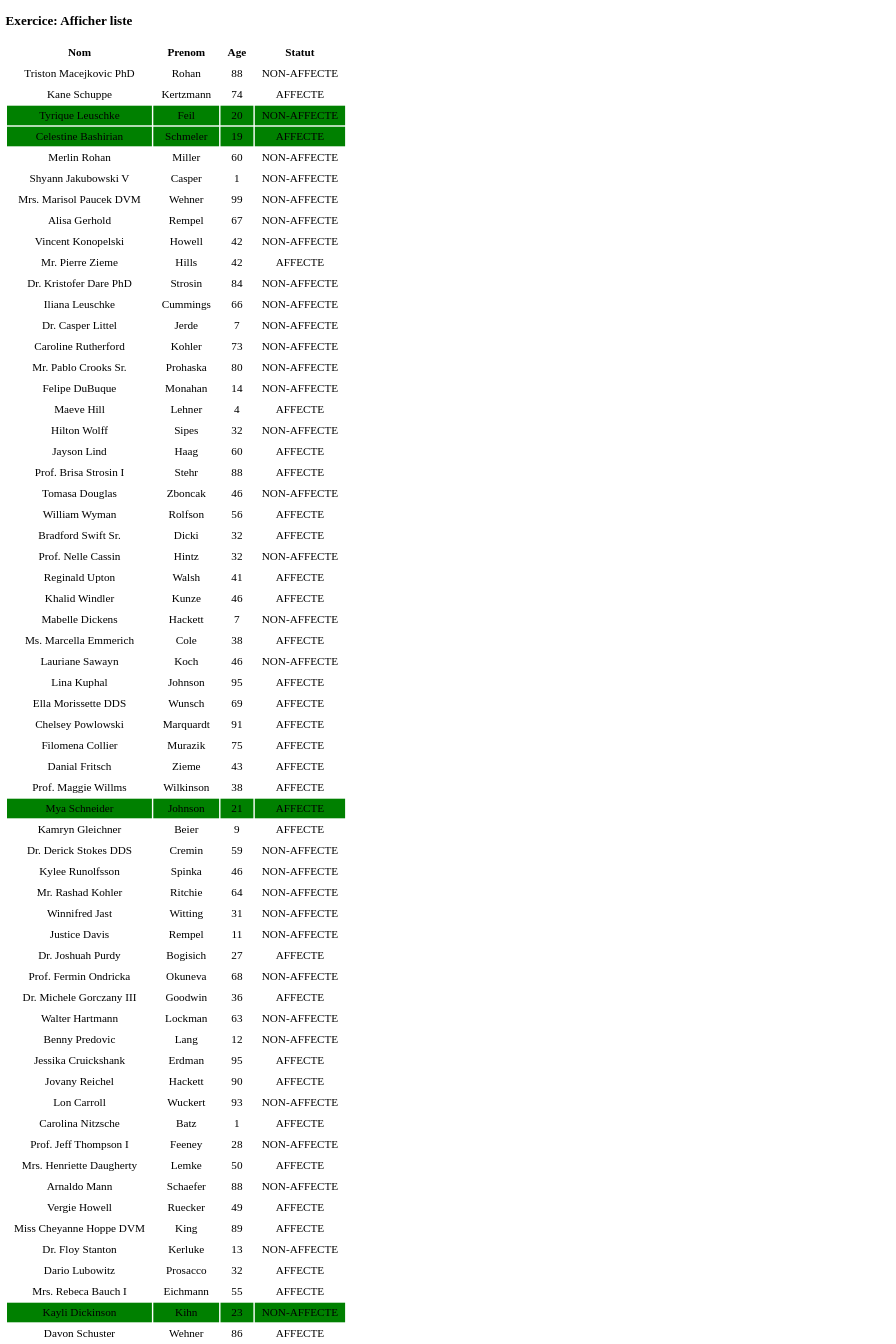
Repository: Bfabien99/PHPREPO
Page: http://localhost/
An editor plug-in stored every save of this project. The page is shown before and after the next save, followed by the edit.
The browser window is 1280 px wide. The pictures show the part of the page from y = 0 to 1920 px (the page is 3069 px tall), at 70% of full size.
The page is run by PHP 8.4 with error messages shown; the project is at /var/www/html/.

Above is the page before, as saved 2021-12-10 10:54:25.

### MakeFakeData/src/index.php
<?php
require_once '../vendor/autoload.php';


$faker = Faker\Factory::create();
$i = 0;
$list = [];

while($i<= 100) {

	$person = [];
	$person["nom"] = $faker->name;
	$person["prenom"] = $faker->lastName;
	$person["age"] = $faker->numberBetween($min=1,$max=99);
	$person["statut"] = $faker->randomElement(["AFFECTE","NON-AFFECTE"]);
	$list[] = $person;
	$i++;
}
?>
<!DOCTYPE html>
<html lang="en">
<head>
    <meta charset="UTF-8">
    <meta http-equiv="X-UA-Compatible" content="IE=edge">
    <meta name="viewport" content="width=device-width, initial-scale=1.0">
    <title>Document</title>
    <style>
        thead{
            font-weight:bold;
        }

        td{
            padding:5px 10px;
            text-align:center;
        }

        tr.red{
            background-color:red;
        }
        tr.green{
            background-color: green;
        }
        tr.yellow{
            background-color:yellow;
        }
    </style>
</head>
<body>
    <?php
        echo "<h3>Exercice: Afficher liste</h3>";
        $id;
        // $i=0;
        echo"<table><thead><tr><td>Nom</td><td>Prenom</td><td>Age</td><td>Statut</td></tr></thead>";
        echo"<tbody>";
        foreach ($list as $key=>$value) {
            // if($value["statut"]!="NON-AFFECTE"){
            // echo"<tr>";
            // echo "<td>".$value["nom"]."</td>";
            // echo "<td>".$value["prenom"]."</td>";
            // echo "<td>".$value["age"]."</td>";
            // echo "<td>".$value["statut"]."</td>";
            // echo"</tr>";
            // }

			$age = $value["age"];
            switch ($age) {
                case $age > 0 && $age < 18 :
                    echo '<tr><td class="red">'.$value["nom"].'</td>
                    <td class="red">'.$value["prenom"].'</td>
                    <td class="red">'.$value["age"].'</td>
                    <td class="red">'.$value["statut"].'</td>
                    </tr>';
					break;
                case ($age > 18 && $age < 25):
                    echo '<tr class="green"><td >'.$value["nom"].'</td>
                    <td >'.$value["prenom"].'</td>
                    <td >'.$value["age"].'</td>
                    <td >'.$value["statut"].'</td>
                    </tr>';
                    break;
                case $value["age"] > 25:
                    echo '<tr><td class="yellow">'.$value["nom"].'</td>
                    <td class="yellow">'.$value["prenom"].'</td>
                    <td class="yellow">'.$value["age"].'</td>
                    <td class="yellow">'.$value["statut"].'</td>
                    </tr>';
                    # code...
                    break;

                default:
                    # code...
                    break;
            }
            # code...
        }


        echo"</tbody></table>";
    ?>
</body>
</html>

After the next save:
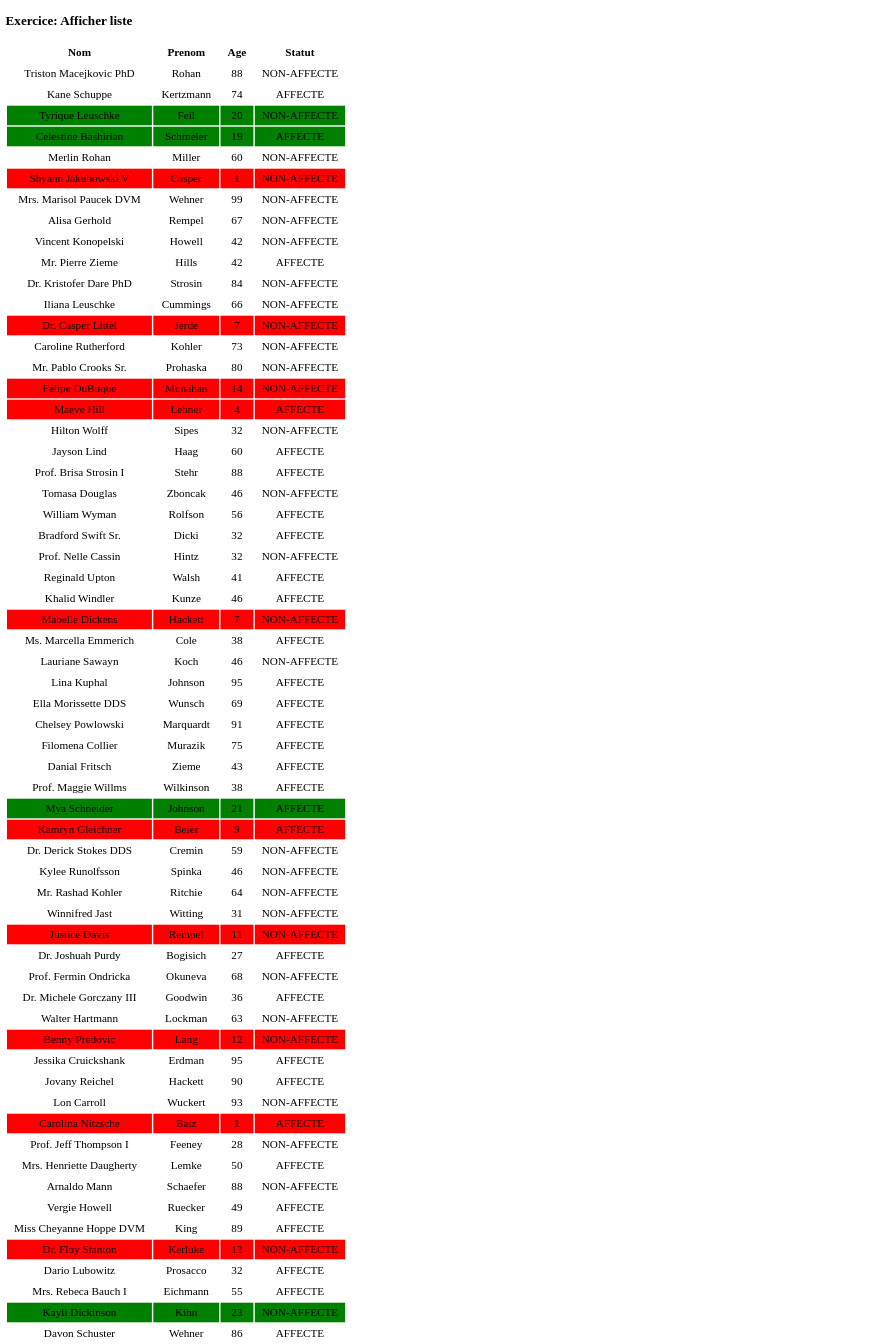
Saved 7 s later.
--- a/MakeFakeData/src/index.php
+++ b/MakeFakeData/src/index.php
@@ -65,7 +65,7 @@ while($i<= 100) {
 			$age = $value["age"];
             switch ($age) {
                 case $age > 0 && $age < 18 :
-                    echo '<tr><td class="red">'.$value["nom"].'</td>
+                    echo '<tr class="red"><td >'.$value["nom"].'</td>
                     <td class="red">'.$value["prenom"].'</td>
                     <td class="red">'.$value["age"].'</td>
                     <td class="red">'.$value["statut"].'</td>
